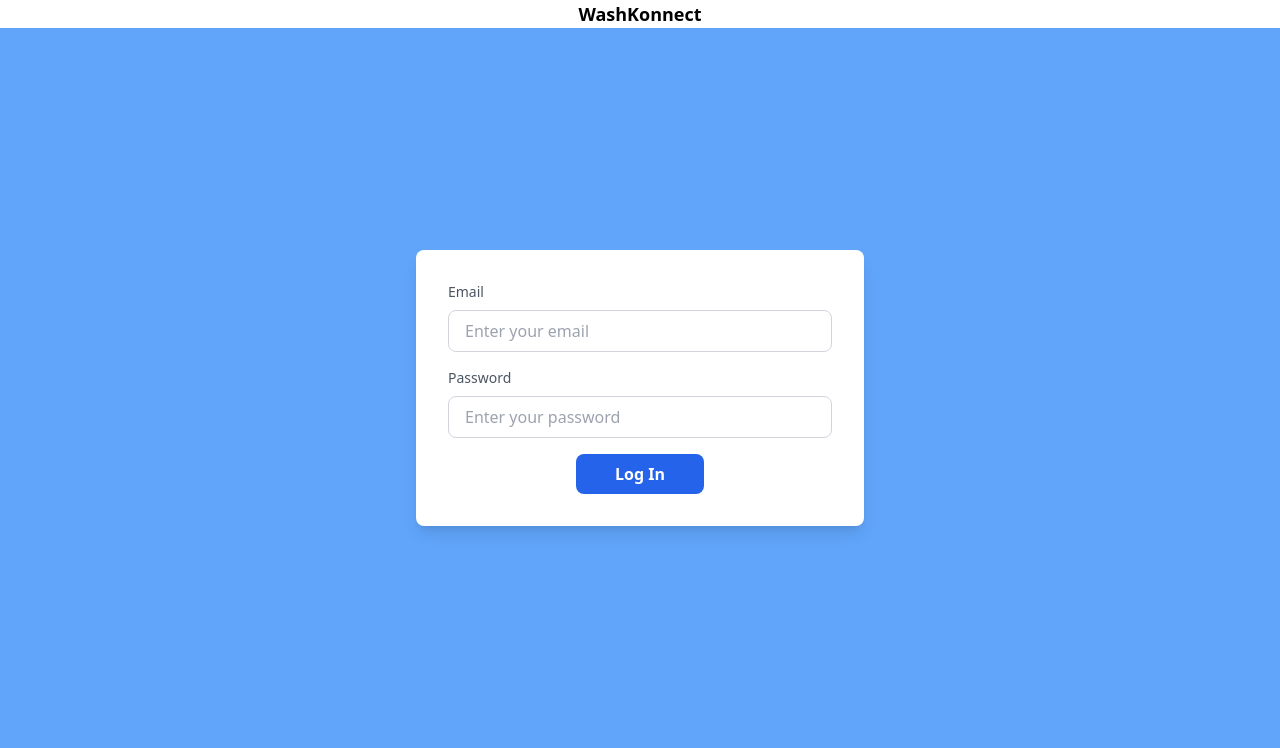
Repository: TEKVOLUTION-LTD/Admin-washKonnect
Page: / (app in Admin-WashKonnect/)
These files come from the project's save history. The page is drawn as it stood at one moment and after the next save; the edit follows.
The browser window is 1280 px wide. The pictures show the whole page.
The project was rebuilt for these pictures with package versions that can differ from the ones it lists, and the page was loaded fresh each time. Also part of the build but not shown: Admin-WashKonnect/vite.config.js.

Above is the page before, as saved 2024-11-13 02:12:52.

After the next save:
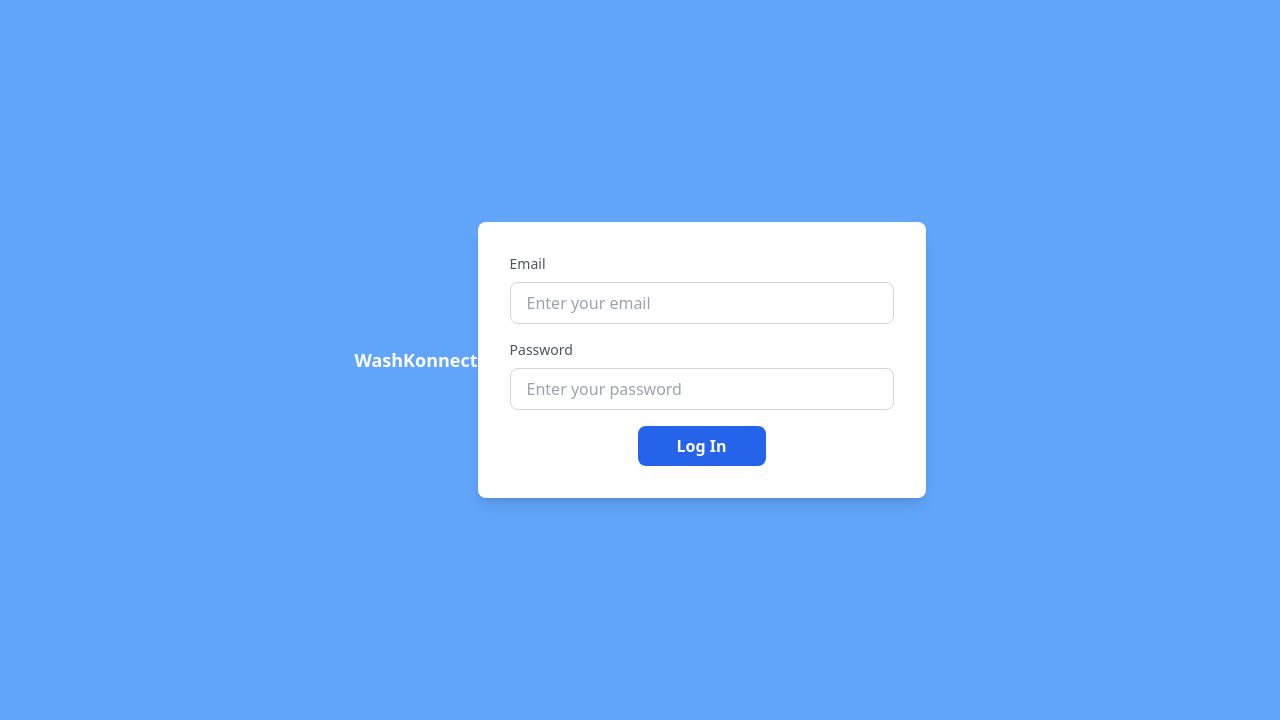
Saved 2 min 10 s later.
--- a/Admin-WashKonnect/src/components/Login.jsx
+++ b/Admin-WashKonnect/src/components/Login.jsx
@@ -16,14 +16,11 @@ const Login = () => {
   return (
 
     <>
-<div className=''>
 
 
-</div>
-<h1 className='block font-bold text-lg text-black'>WashKonnect</h1>
     <div className="flex items-center justify-center min-h-screen bg-blue-400">
 
-
+      <h1 className='block font-bold text-lg text-white'>WashKonnect</h1>
       <div className="w-full max-w-md p-8 space-y-6 bg-white rounded-lg shadow-lg">
 
         <form className="space-y-4" onSubmit={handleSubmit}>
